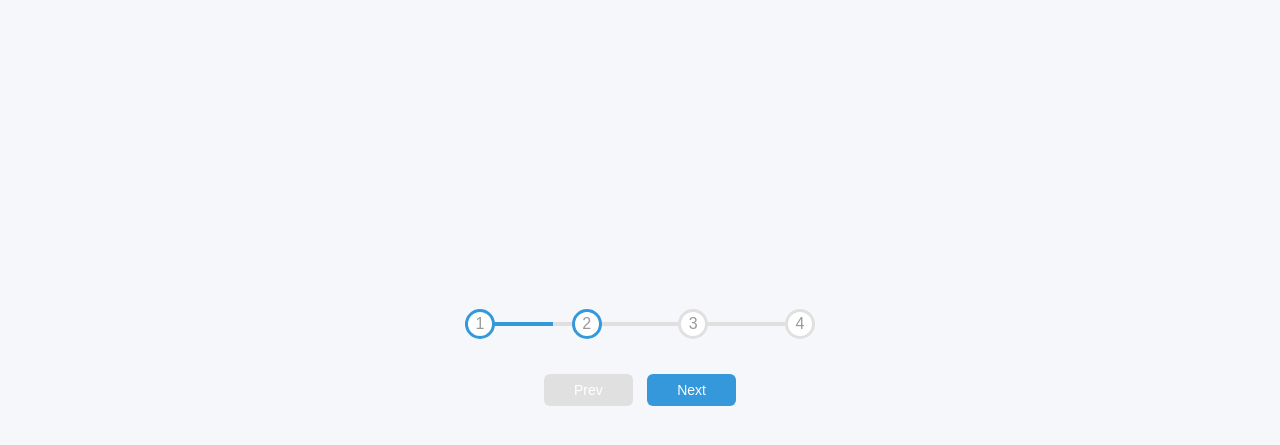
Repository: MMXiaohang/50projects50days-copy
Page: 2-progress-steps/index copy.html
These files come from the project's save history. The page is drawn as it stood at one moment and after the next save; the edit follows.
The browser window is 1280 px wide. The pictures show the whole page.
After loading, the first visible `#next` was clicked once.
Some web fonts or font styles are not loaded; a fallback is used.

Above is the page before, as saved 2022-06-08 17:06:34.

### 2-progress-steps/index copy.html
<!DOCTYPE html>
<html lang="en">
  <head>
    <meta charset="UTF-8" />
    <meta name="viewport" content="width=device-width, initial-scale=1.0" />
    <link rel="stylesheet" href="style copy.css" />
    <title>Progress Steps</title>
  </head>
  <body>
    <div class="container">
      <div class="progress-container">
        <div class="progress" id="progress"></div>
        <div class="circle active">1</div>
        <div class="circle">2</div>
        <div class="circle">3</div>
        <div class="circle">4</div>
      </div>

      <button class="btn" id="prev" disabled>Prev</button>
      <button class="btn" id="next">Next</button>
    </div>
    <script src="script copy.js"></script>
  </body>
</html>

### 2-progress-steps/style copy.css
@import url('https://fonts.googleapis.com/css?family=Muli&display=swap');

:root {
  --line-border-fill: #3498db;
  --line-border-empty: #e0e0e0;
}

* {
  box-sizing: border-box;
}

body {
  background-color: #f6f7fb;
  font-family: 'Muli', sans-serif;
  display: flex;
  align-items: center;
  justify-content: center;
  height: 100vh;
  overflow: hidden;
  margin: 0;
}

.container {
  text-align: center;
}

.progress-container {
  display: flex;
  justify-content: space-between;
  position: relative;
  margin-bottom: 30px;
  max-width: 100%;
  width: 350px;
}

.progress-container::before {
  content: '';
  background-color: var(--line-border-empty);
  position: absolute;
  top: 50%;
  left: 0;
  transform: translateY(-50%);
  height: 4px;
  width: 100%;
  z-index: -1;  /* 保证横线被压在下面 */
}

.progress {
  background-color: var(--line-border-fill);
  position: absolute;
  top: 50%;
  left: 0;
  transform: translateY(-50%);
  height: 4px;
  width: 0%;
  z-index: -1;
  transition: 0.4s ease;
}

.circle{
  background-color: #fff;
  color: #999;
  border-radius: 50%;
  height: 30px;
  width: 30px;
  display: grid;
  place-items: center;
  border: 3px solid var(--line-border-empty);
  transition: 0.4s ease;
}

.circle.active{
  border-color: var(--line-border-fill);
}

.btn{
  background-color: var(--line-border-fill);
  color: #fff;
  border: 0;
  border-radius: 6px;
  cursor: pointer;
  font-family: inherit;
  padding: 8px 30px;
  margin: 5px;
  font-size: 14px;
  transition: 0.2s ease;
}

.btn:active{
  transform: scale(0.98);
}

.btn:focus{
  outline: 0;
}

.btn:disabled{
  background-color: var(--line-border-empty);
  cursor: not-allowed;
}

### 2-progress-steps/script copy.js
const progress = document.querySelector("#progress");
const prev = document.querySelector("#prev");
const next = document.querySelector("#next");
const circles = document.querySelectorAll(".circle");

let curActive = 1;

next.addEventListener("click", () => {
  curActive++;
  if (curActive > circles.length) {
    curActive = circles.length;
  }
  update();
});

prev.addEventListener("click", () => {
  curActive--;
  if (curActive < 1) {
    curActive = 1;
  }
  update();
});

const update = () => {
  // 更新circles
  circles.forEach((circle, idx) => {
    if (idx < curActive) {
      circle.classList.add("active");
    } else {
      circle.classList.remove("active");
    }
  });

  const actives = document.querySelectorAll(".active");
  progress.style.width = ((actives.length - 1) / circles.length) * 100 + "%";
};

After the next save:
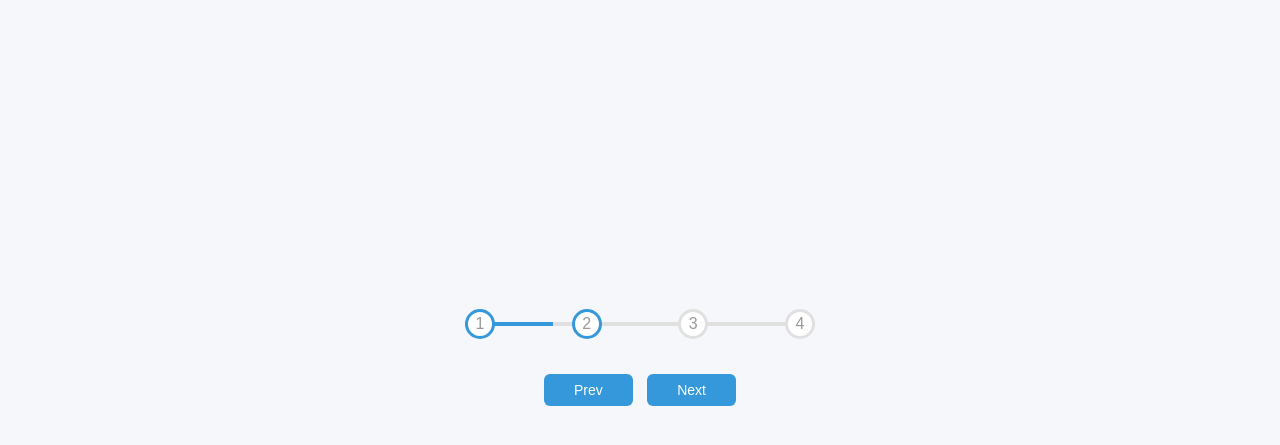
Saved 69 s later.
--- a/2-progress-steps/script copy.js
+++ b/2-progress-steps/script copy.js
@@ -33,4 +33,13 @@ const update = () => {
 
   const actives = document.querySelectorAll(".active");
   progress.style.width = ((actives.length - 1) / circles.length) * 100 + "%";
+
+  if (curActive === 1) {
+    prev.disabled = true;
+  } else if (curActive === circles.length) {
+    next.disabled = true;
+  } else {
+    prev.disabled = false;
+    next.disabled = false;
+  }
 };
